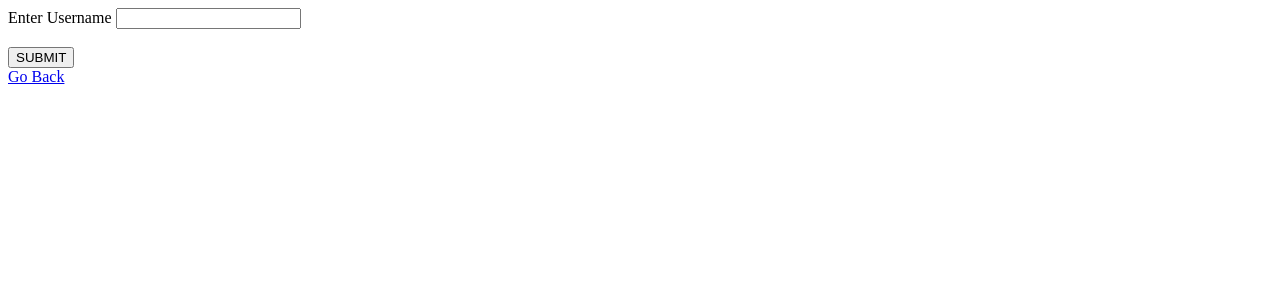
Repository: SNEHASHINDE26/JDBC
Page: eclipse-workspace/HttpServlets/src/main/webapp/user.html
An editor plug-in stored every save of this project. The page is shown before and after the next save, followed by the edit.
The browser window is 1280 px wide. The pictures show the whole page.

Above is the page before, as saved 2024-01-16 13:18:09.

After the next save:
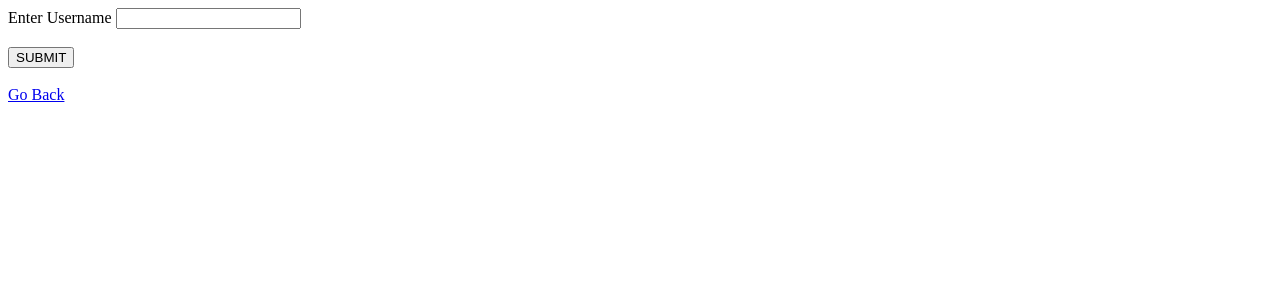
Saved 12 s later.
--- a/eclipse-workspace/HttpServlets/src/main/webapp/user.html
+++ b/eclipse-workspace/HttpServlets/src/main/webapp/user.html
@@ -11,7 +11,7 @@
 
           <input type="text" name="user"/><br></br>
 
-          <input type="submit" value="SUBMIT">
+          <input type="submit" value="SUBMIT"><br></br>
 
        </form>
 
